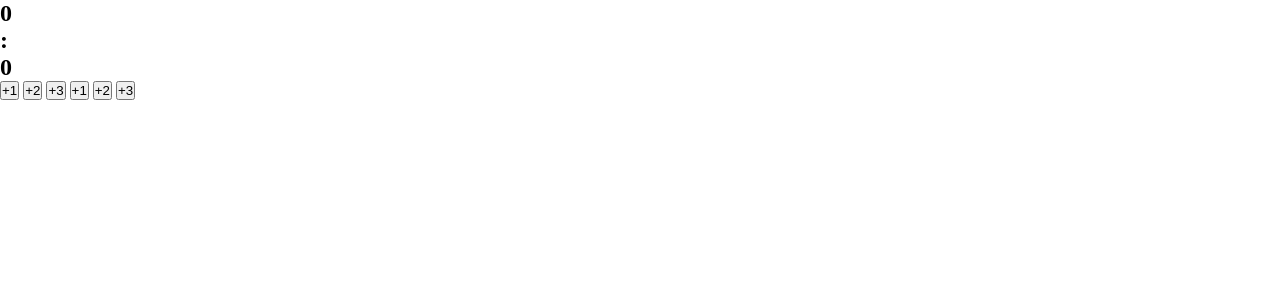
Repository: bollo89/scoreBoard
Page: index.html
These files come from the project's save history. The page is drawn as it stood at one moment and after the next save; the edit follows.
The browser window is 1280 px wide. The pictures show the whole page.

Above is the page before, as saved 2022-01-21 10:51:12.

### index.html
<!DOCTYPE html>
<html lang="en">
<head>
    <meta charset="UTF-8">
    <meta http-equiv="X-UA-Compatible" content="IE=edge">
    <meta name="viewport" content="width=device-width, initial-scale=1.0">
    <link rel="stylesheet" href="./style.css">
    <title>Document</title>
</head>
<body>
    <section class="score">
        <h1 class="home"></h1>
        <h1 class="colon">:</h1>
        <h1 class="away"></h1>
    </section>
    <section class="btns">
        <button class="btn1h">+1</button>
        <button class="btn2h">+2</button>
        <button class="btn3h">+3</button>

        <button class="btn1a">+1</button>
        <button class="btn2a">+2</button>
        <button class="btn3a">+3</button>
    </section>
<script src="./script.js"></script>
</body>
</html>

### style.css
* {
    margin: 0;
    padding: 0;
}

.Thome {
    display: flex;
}

.Taway {
    display: flex;
}

### script.js
let home = document.querySelector('.home');
let n = 0;
home.innerHTML = n;

let away = document.querySelector('.away');
let m = 0;
away.innerHTML = m;

let btn1h = document.querySelector('.btn1h');
let btn2h = document.querySelector('.btn2h');
let btn3h = document.querySelector('.btn3h');
let btn1a = document.querySelector('.btn1a');
let btn2a = document.querySelector('.btn2a');
let btn3a = document.querySelector('.btn3a');
//punkty po lewej
function score1home() {
    n+=1;
    home.innerHTML = n;
    console.log(n);
}
function score2home() {
    n+=2;
    home.innerHTML = n;
    console.log(n);
}
function score3home() {
    n+=3;
    home.innerHTML = n;
    console.log(n);
}
//punkty po prawej
function score1away() {
    m+=1;
    away.innerHTML = m;
    console.log(m);
}
function score2away() {
    m+=2;
    away.innerHTML = m;
    console.log(m);
}
function score3away() {
    m+=3;
    away.innerHTML = m;
    console.log(m);
}

//przyciskibtn1.addEventListener('click',score1home,false);
btn1h.addEventListener('click',score1home,false);
btn2h.addEventListener('click',score2home,false);
btn3h.addEventListener('click',score3home,false);
btn1a.addEventListener('click',score1away,false);
btn2a.addEventListener('click',score2away,false);
btn3a.addEventListener('click',score3away,false);

After the next save:
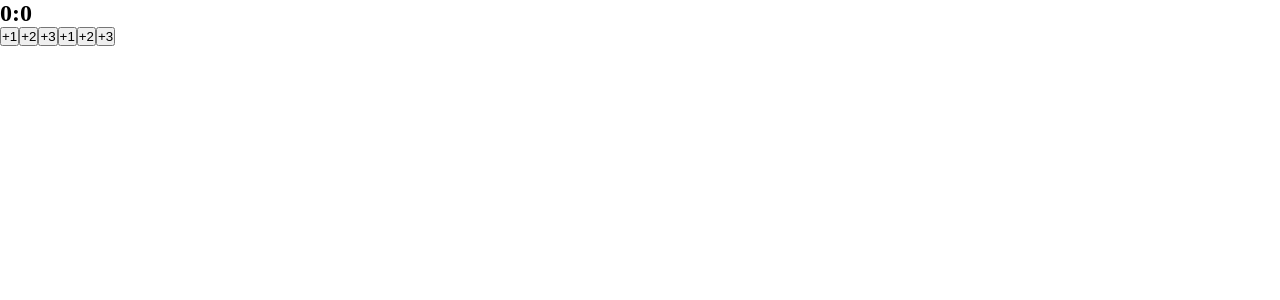
Saved 17 s later.
--- a/style.css
+++ b/style.css
@@ -3,10 +3,10 @@
     padding: 0;
 }
 
-.Thome {
+.score {
     display: flex;
 }
 
-.Taway {
+.btns {
     display: flex;
 }
